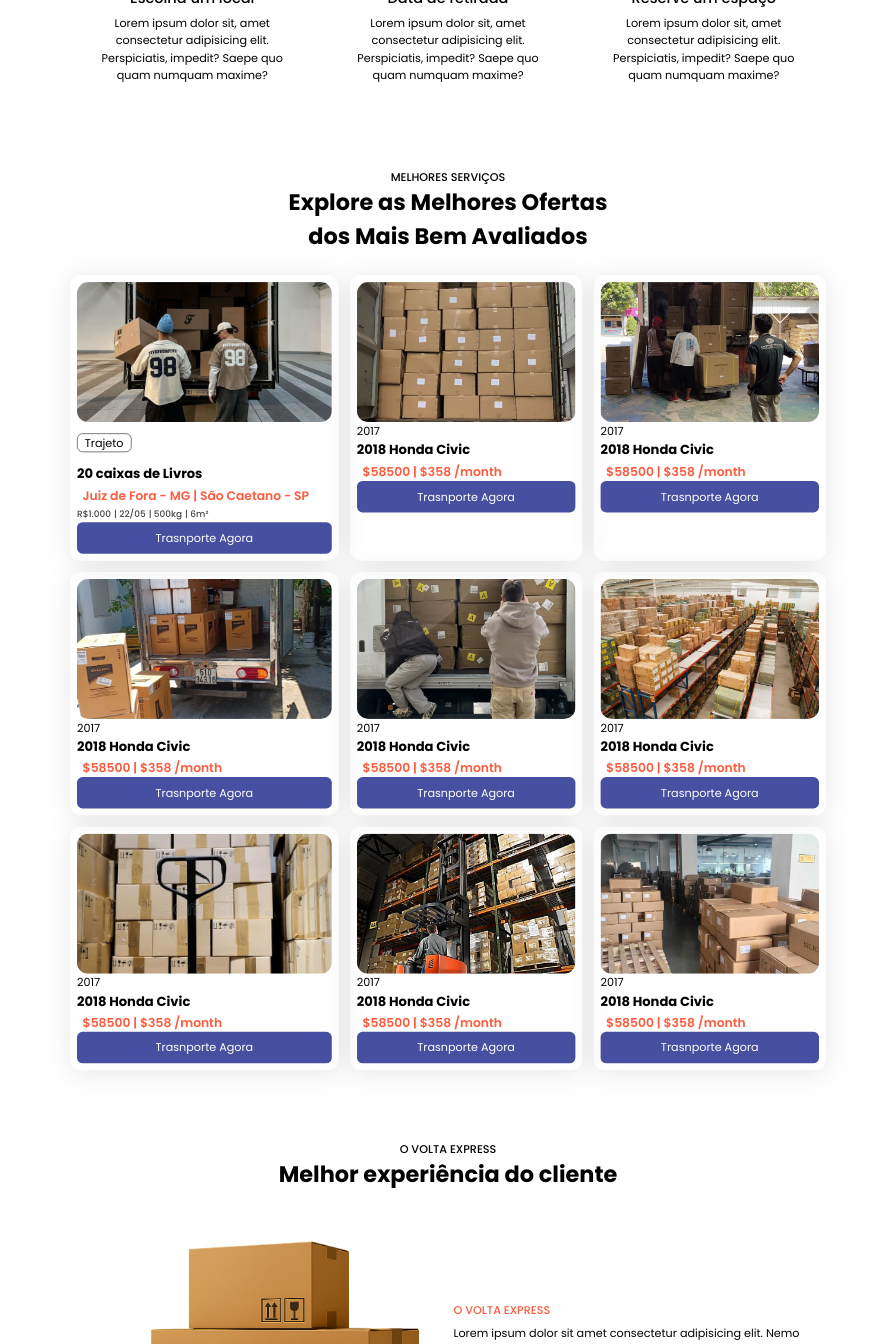
Repository: douglasabnovato/transportation
Page: index.html
An editor plug-in stored every save of this project. The page is shown before and after the next save, followed by the edit.
The browser window is 1280 px wide. The pictures show the part of the page from y = 990 to 2910 px (the page is 3991 px tall), at 70% of full size.

Above is the page before, as saved 2025-05-19 01:23:37.

After the next save:
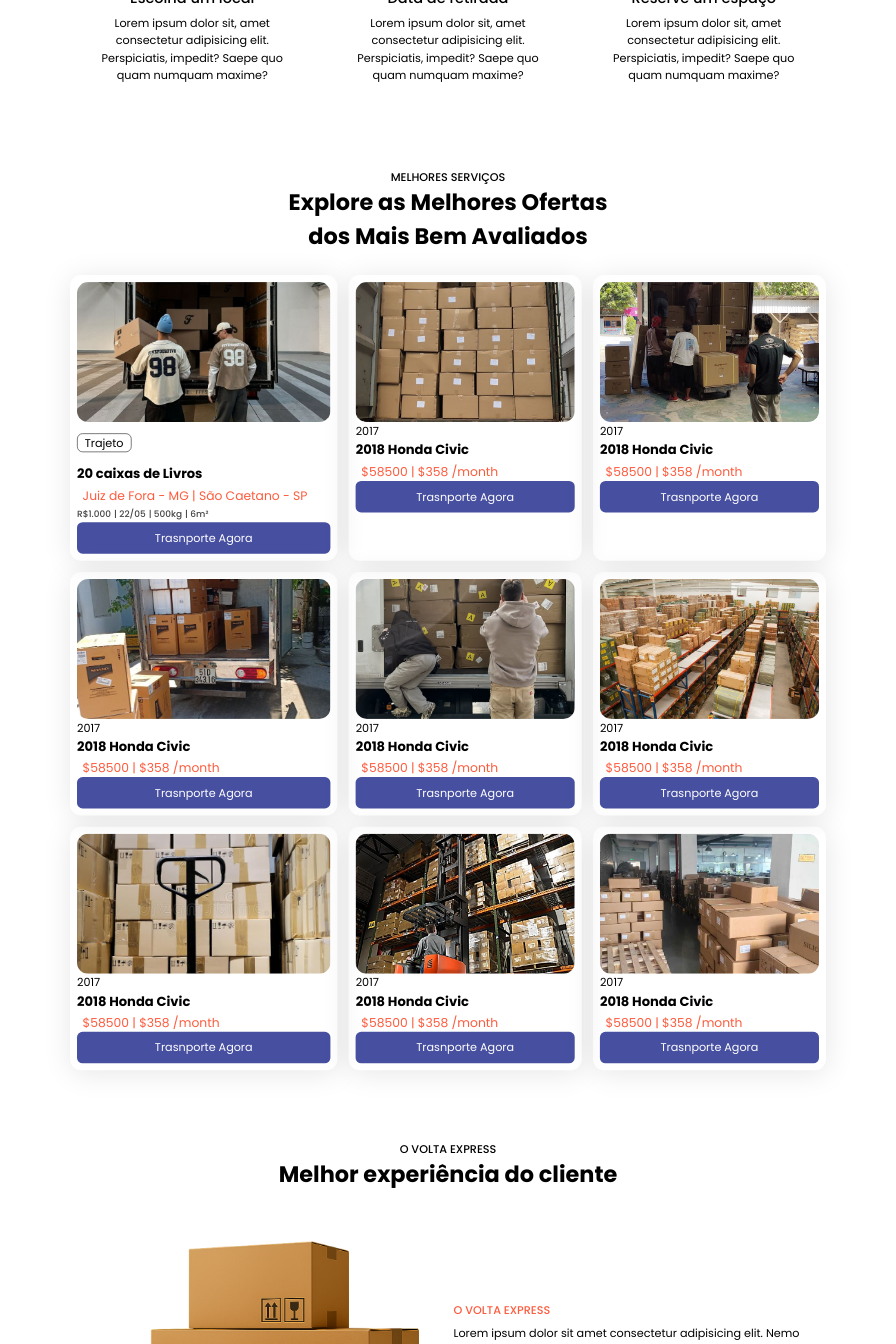
Saved 44 s later.
--- a/style.css
+++ b/style.css
@@ -276,7 +276,7 @@ header {
 
 .services-container .box h2 {
   font-size: 1.1rem;
-  font-weight: 600;
+  font-weight: 400;
   color: var(--main-color);
   margin: 0.2rem 0 0 0.5rem;
 }
